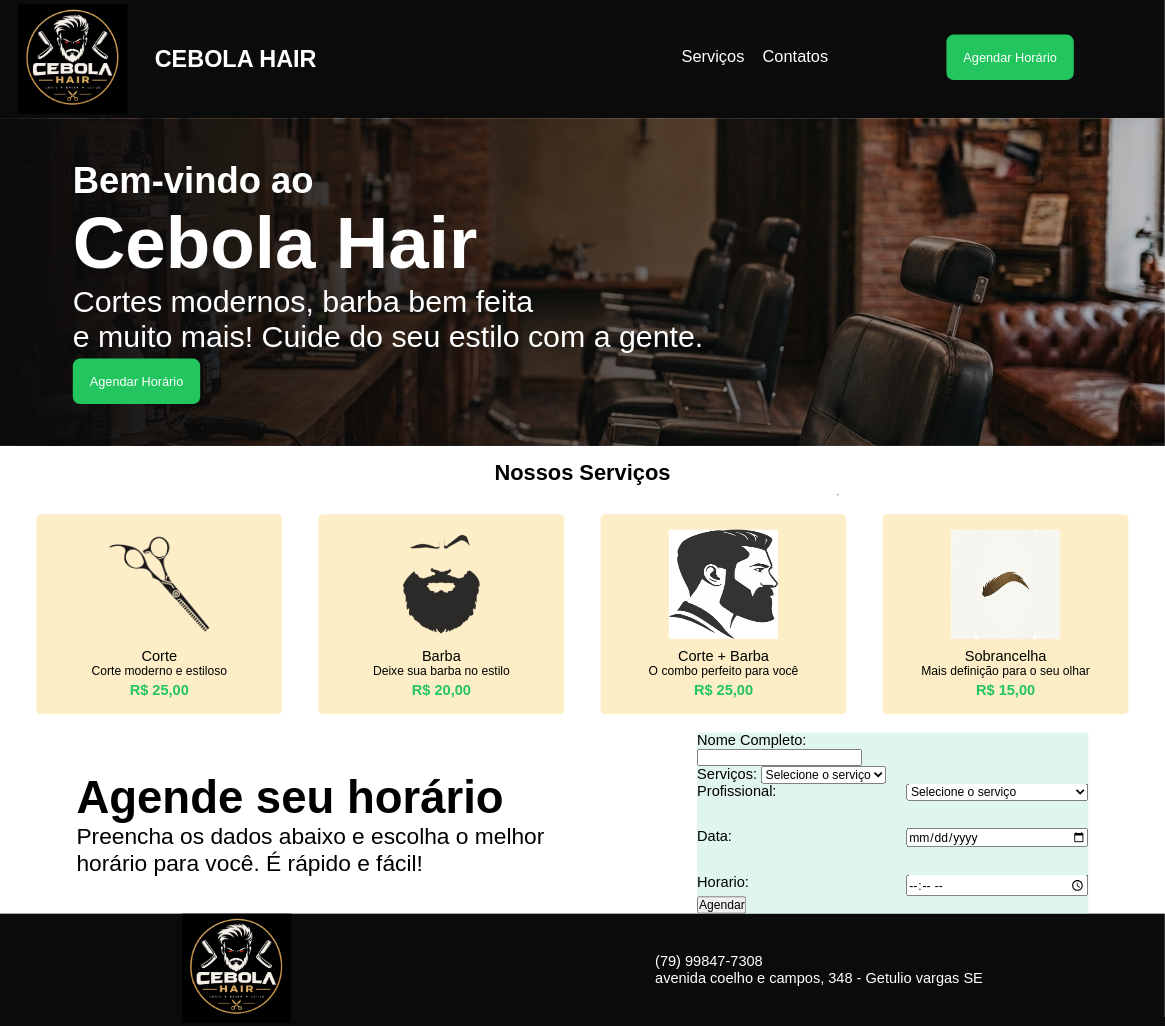
Repository: antonymsantana-design/final.activitie1
Page: index.html
The author's editor kept a copy of each file at every save. The page is drawn from the files as they stood at one save, then again after a run of saves.
The browser window is 1280 px wide. The pictures show the whole page, at 91% of full size.

Above is the page before, as saved 2026-09-15 19:31:26.

After the next 2 saves:
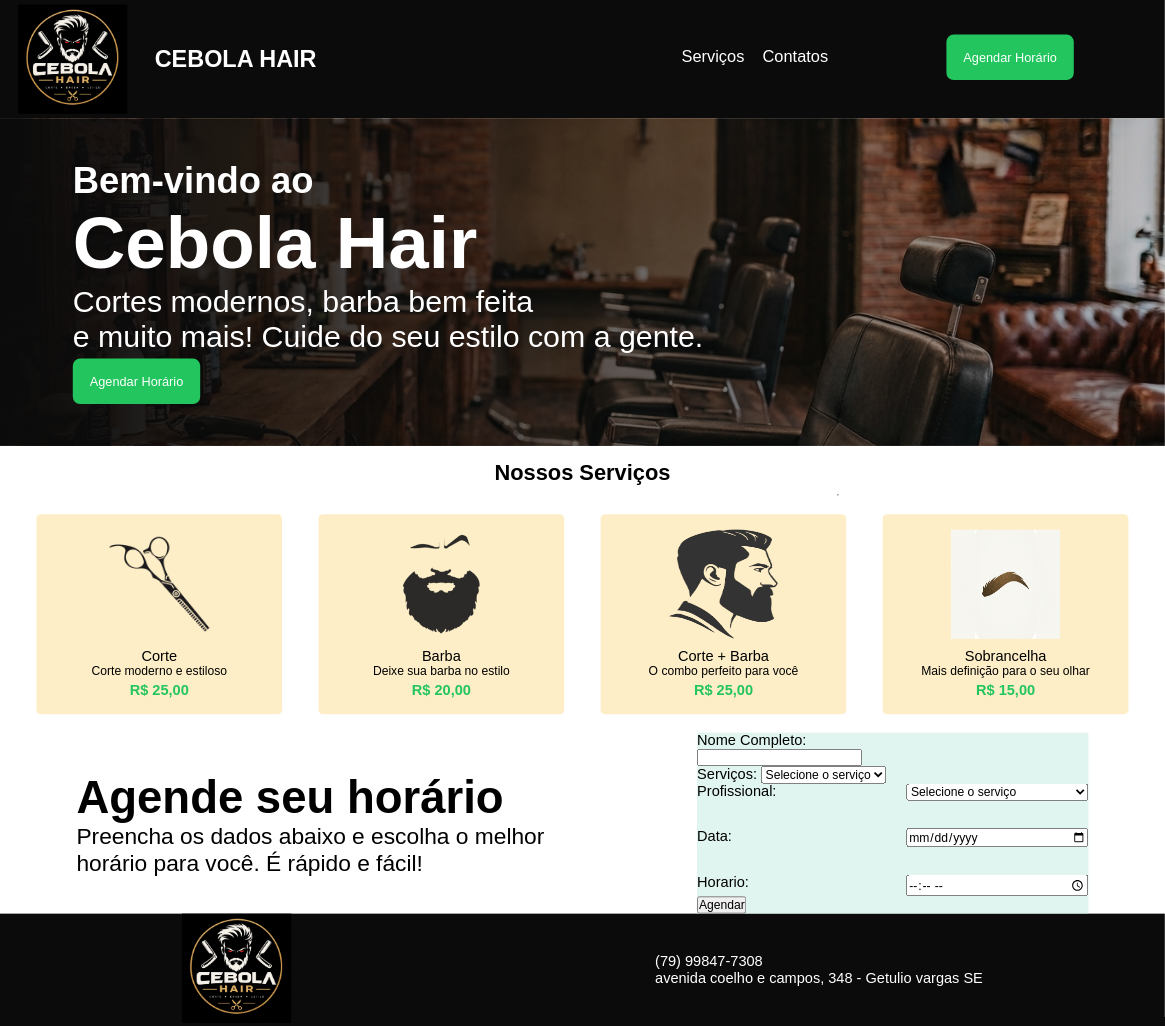
The 2 saves are shown as one change because they came seconds apart.
The last was saved 7 s later.
--- a/index.html
+++ b/index.html
@@ -68,7 +68,7 @@
         <h4>R$ 20,00</h4>
       </div>
       <div class="card">
-        <img src="image/corte+barba.png" alt="tisora" class="icone" />
+        <img src="image/barba+corte(png).png" alt="tisora" class="icone" />
         <p>Corte + Barba</p>
         <small>O combo perfeito para você</small>
         <h4>R$ 25,00</h4>
